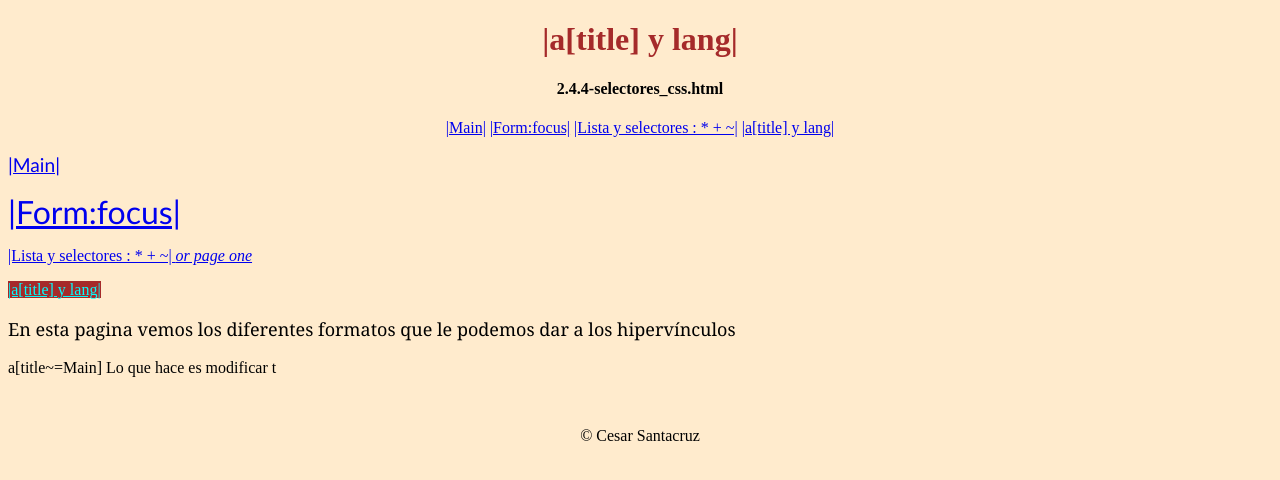
Repository: cesarsant0203/My_Study
Page: Introducción al desarrollo web/2-Css/2.4.4-selectores_css.html
These files come from the project's save history. The page is drawn as it stood at one moment and after the next save; the edit follows.
The browser window is 1280 px wide. The pictures show the whole page.

Above is the page before, as saved 2020-04-28 20:03:24.

After the next save:
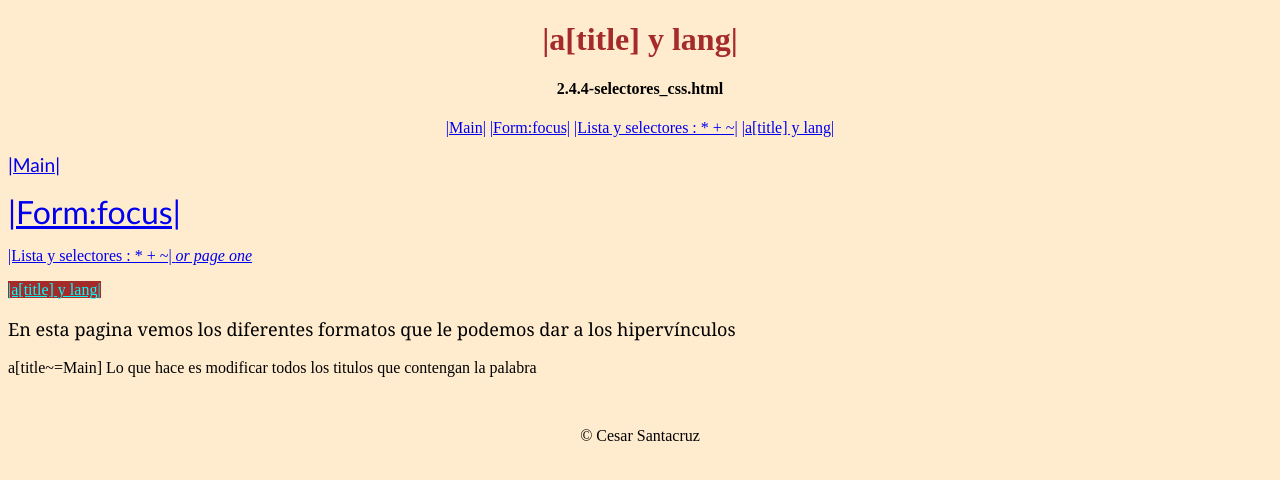
Saved 26 s later.
--- a/Introducción al desarrollo web/2-Css/2.4.4-selectores_css.html
+++ b/Introducción al desarrollo web/2-Css/2.4.4-selectores_css.html
@@ -41,7 +41,9 @@
             En esta pagina vemos los diferentes formatos que le podemos
              dar a los hipervínculos
         </p>
-        <p>a[title~=Main] Lo que hace es modificar t</p>
+        <p>a[title~=Main] Lo que hace es modificar todos los titulos que contengan
+            la palabra
+        </p>
         <p></p>
         <p></p>
         <p></p>
